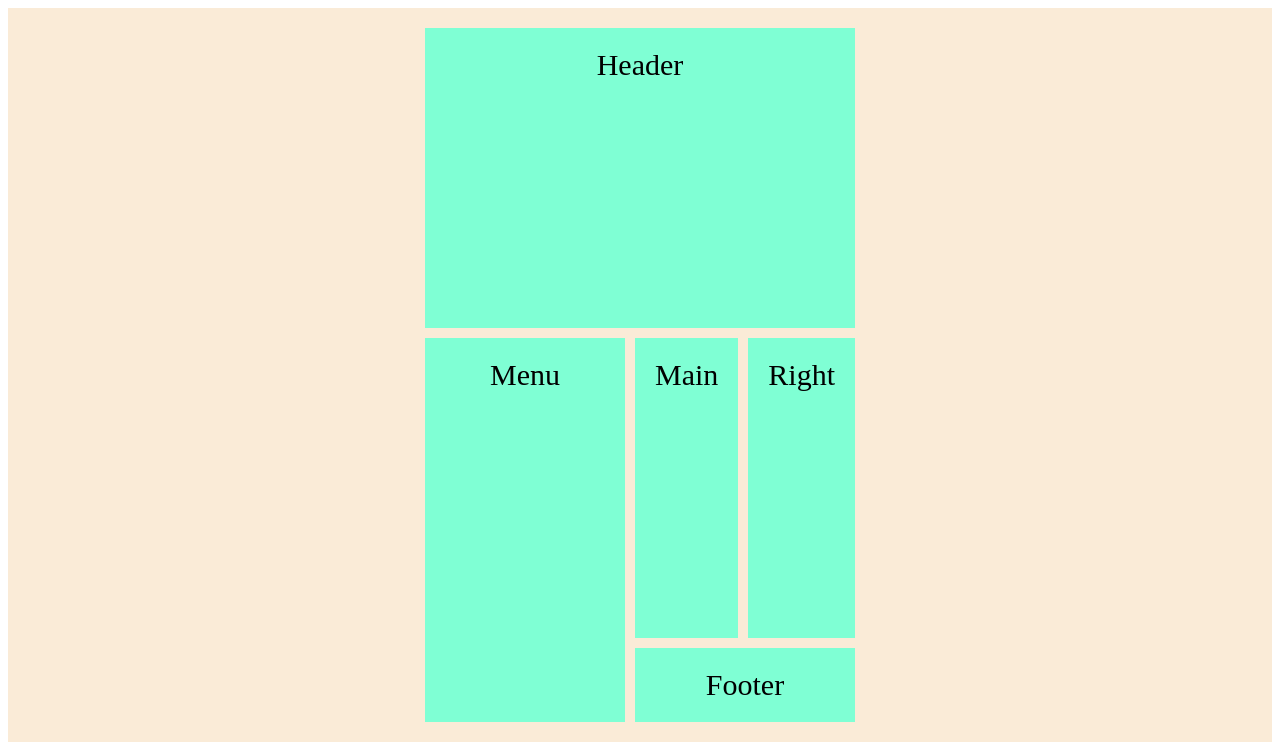
Repository: Thonghehe/Lab1_WEB106
Page: index11.html
An editor plug-in stored every save of this project. The page is shown before and after the next save, followed by the edit.
The browser window is 1280 px wide. The pictures show the whole page.

Above is the page before, as saved 2024-03-05 17:41:51.

After the next save:
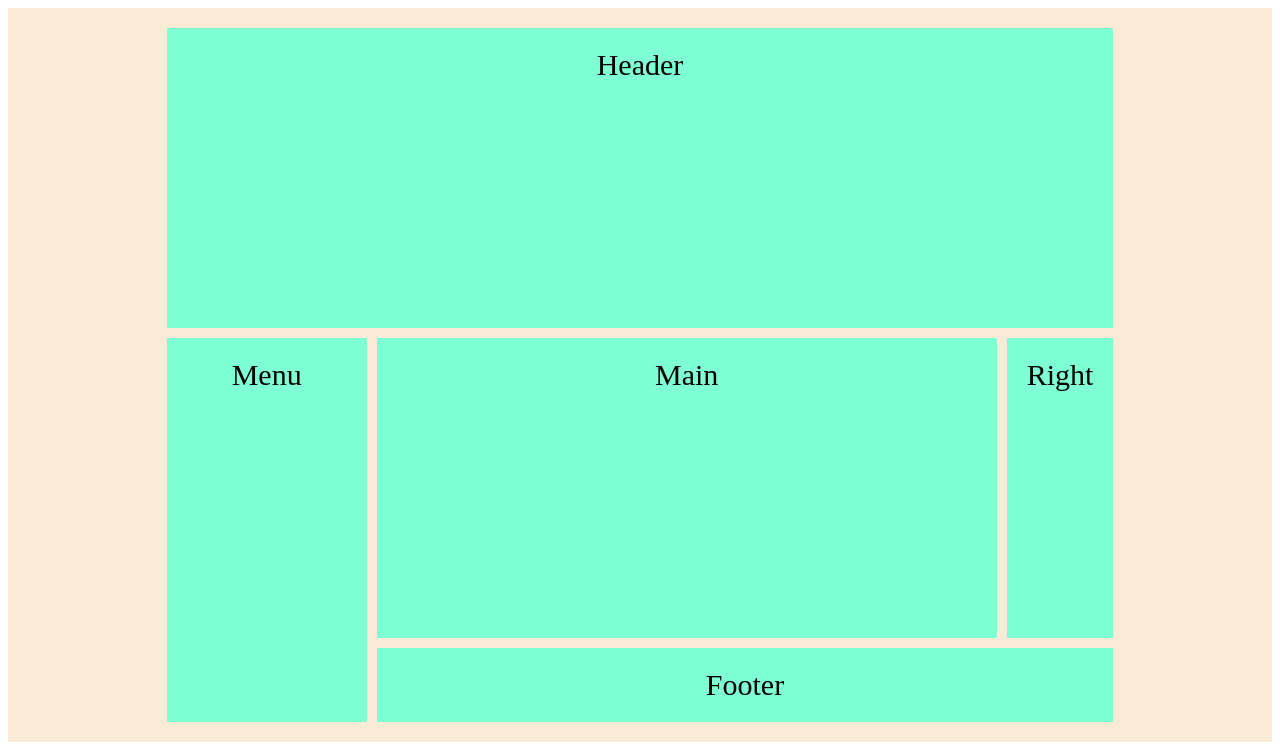
Saved 8 s later.
--- a/style.css
+++ b/style.css
@@ -27,7 +27,7 @@
     gap: 10px;
     padding: 20px;
     background-color: antiquewhite;
-    grid-template-columns: 200px;
+    grid-template-columns: 200px 200px 200px 200px;
     grid-template-rows: 300px 300px;
     justify-content: center;
     align-content: center;
